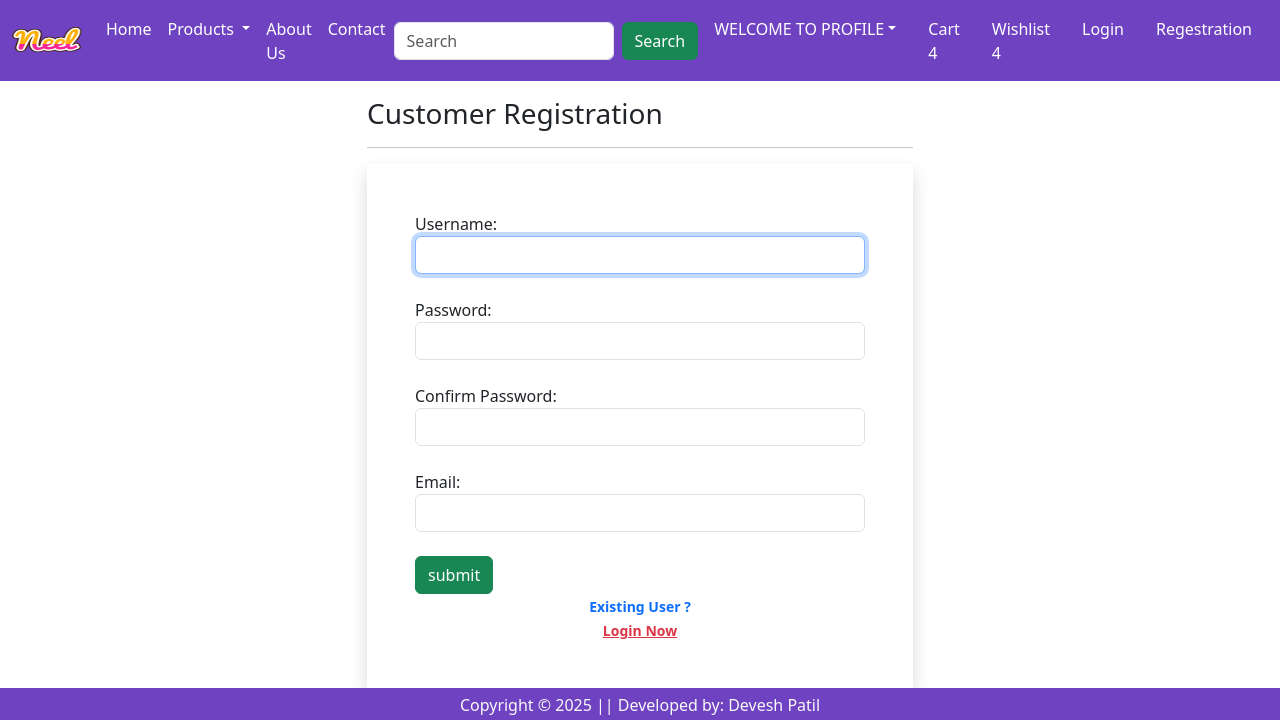
Repository: DeveshPatill/mydjango
Page: http://localhost/registration/
The author's editor kept a copy of each file at every save. The page is drawn from the files as they stood at one save, then again after the next save.
The browser window is 1280 px wide. The pictures show the whole page.
The page is served by the project's application, run on Django 5.2 (ec/manage.py). Other server files are loaded and not shown.

Above is the page before, as saved 2025-03-23 23:08:33.

### ec/app/templates/app/customerregistration.html
{% extends 'app/base.html' %}
{% load static %}
{% block title %}Customer Registration{% endblock title %}



{% block main-content %}
<div class="container">
    <div class="row my-3">
        <div class="col-sm-6 offset-sm-3">
            <h3>Customer Registration</h3>
            <hr>
            <form action="" method="post" novalidate class="shadow p-5">{% csrf_token %}
               {% for fm in form %}
               {{fm.label_tag}} {{fm}} <small class="text-danger">{{fm.erros | striptags}}</small>
               <br>
               {% endfor %}
               <input type="submit" value="submit" class="btn btn-success"><br>
               <div class="text-center text-primary fw-bold">
                <small>Existing User ? <br><a href="#" class="text-danger">Login Now</a></small>

               </div>
            </form>
        </div>
    </div>
</div>

{% endblock main-content %}

### ec/app/templates/app/base.html
<!DOCTYPE html>
{% load static %}
<html lang="en">
<head>
    <meta charset="UTF-8">
    <meta http-equiv="X-UA-Compatible" content="IE=edge">
    <meta name="viewport" content="width=device-width, initial-scale=1.0">

    <link href="https://cdn.jsdelivr.net/npm/bootstrap@5.3.3/dist/css/bootstrap.min.css" rel="stylesheet" integrity="sha384-QWTKZyjpPEjISv5WaRU9OFeRpok6YctnYmDr5pNlyT2bRjXh0JMhjY6hW+ALEwIH" crossorigin="anonymous">

    <link rel="stylesheet" href="{% static 'app/css/owl.carousel.min.css' %}" />
    <link rel="stylesheet" href="{% static 'app/css/all.min.css' %}" />
    <link rel="stylesheet" href="{% static 'app/css/style.css' %}" />

    <title> Dairy Products | {% block title %} {% endblock title %} </title>
</head>
<body>
    <nav class="navbar navbar-expand-lg navbar-dark" style="background-color: #6f42c1;">
        <div class="container-fluid">
          <a class="navbar-brand" href="/">
            <img src="{% static 'app/images/product/Neel.png' %}" width="70px" height="55px" />
          </a>
          <button class="navbar-toggler" type="button" data-bs-toggle="collapse" data-bs-target="#navbarSupportedContent" aria-controls="navbarSupportedContent" aria-expanded="false" aria-label="Toggle navigation">
            <span class="navbar-toggler-icon"></span>
          </button>
          <div class="collapse navbar-collapse" id="navbarSupportedContent">
            <ul class="navbar-nav me-auto mb-2 mb-lg-0">
              <li class="nav-item">
                <a class="nav-link active" aria-current="page" href="/">Home</a>
              </li>
              <li class="nav-item dropdown">
                <a class="nav-link dropdown-toggle text-white" href="#" role="button" data-bs-toggle="dropdown" aria-expanded="false">
                  Products
                </a>
                <ul class="dropdown-menu">
                  <li><a class="dropdown-item" href="{% url 'category' 'ML' %}">Milk</a></li>
                  <li><a class="dropdown-item" href="{% url 'category' 'CR' %}">Curd</a></li>
                  <li><a class="dropdown-item" href="{% url 'category' 'MS' %}">MilkShake</a></li>
                  <li><a class="dropdown-item" href="{% url 'category' 'LS' %}">Lassi</a></li>
                  <li><a class="dropdown-item" href="{% url 'category' 'GH' %}">Ghee</a></li>
                  <li><a class="dropdown-item" href="{% url 'category' 'PN' %}">Paneer</a></li>
                  <li><a class="dropdown-item" href="{% url 'category' 'CZ' %}">Cheese</a></li>
                  <li><a class="dropdown-item" href="{% url 'category' 'IC' %}">Ice-Cream</a></li>

                </ul>
              </li>
              <li class="nav-item">
                <a class="nav-link text-white" href="{% url 'about'  %}">About Us</a>
              </li>
              <li class="nav-item">
                <a class="nav-link text-white" href="{% url 'contact'  %}">Contact</a>
              </li>

            </ul>
            <form class="d-flex" role="search">
              <input class="form-control me-2" type="search" placeholder="Search" aria-label="Search">
              <button class="btn btn-success" type="submit">Search</button>
            </form>
          </div>
          <ul class="navbar-nav me-auto mb-2 mb-lg-0">
            <li class="nav-item dropdown mx-2">
                <a class="nav-link dropdown-toggle text-white" href="#" id="profileDropdown" role="button" data-bs-toggle="dropdown" aria-expanded="false">WELCOME TO PROFILE</a>
                <ul class="dropdown-menu" aria-labelledby="profileDropdown">
                    <li><a class="dropdown-item" href="#">Profile</a></li>
                    <li><a class="dropdown-item" href="#">Orders</a></li>
                    <li><a class="dropdown-item" href="#">Change Password</a></li>
                    <li><a class="dropdown-item" href="#">Logout</a></li>
                </ul>
            </li>
            <li class="nav-item mx-2">
                <a href="#" class="nav-link text-white">Cart 4</a>
            </li>
            <li class="nav-item mx-2">
                <a href="#" class="nav-link text-white">Wishlist 4</a>
            </li>
            <li class="nav-item mx-2">
                <a href="#" class="nav-link text-white">Login</a>
            </li>
            <li class="nav-item mx-2">
                <a href="{% url 'customerregistration' %}" class="nav-link text-white">Regestration</a>
            </li>

          </ul>
        </div>
      </nav>
      {% block banner-slider %}{% endblock banner-slider %}

      {% block information %}{% endblock information %}

      {% block main-content %}{% endblock main-content %}

    <footer class="text-center text-light py-3 fixed-bottom" style="background-color: #6f42c1; height: 5px; line-height: 2px;">
        Copyright © 2025 || Developed by: Devesh Patil
    </footer>






    <script src="https://cdn.jsdelivr.net/npm/@popperjs/core@2.11.8/dist/umd/popper.min.js" integrity="sha384-I7E8VVD/ismYTF4hNIPjVp/Zjvgyol6VFvRkX/vR+Vc4jQkC+hVqc2pM8ODewa9r" crossorigin="anonymous"></script>
    <script src="https://cdn.jsdelivr.net/npm/bootstrap@5.3.3/dist/js/bootstrap.min.js" integrity="sha384-0pUGZvbkm6XF6gxjEnlmuGrJXVbNuzT9qBBavbLwCsOGabYfZo0T0to5eqruptLy" crossorigin="anonymous"></script>

    <script src=https://cdnjs.cloudflare.com/ajax/libs/jquery/3.7.1/jquery.min.js></script>


    <script script="{% static 'app/js/owl.carousel.min.js' %}"></script>
    <script script="{% static 'app/js/all.min.js' %}"></script>
    <script script="{% static 'app/js/myscript.js' %}"></script>

</body>
</html>

### ec/app/forms.py
from django import forms
from django.contrib.auth.forms import UserCreationForm


class CustomerRegistrationForm(UserCreationForm):
    username=forms.CharField(widget=forms.TextInput(attrs={'autofocus':True,'class':"form-control"}))
    email=forms.CharField(widget=forms.EmailInput(attrs={'class':'form-control'}))
    password1=forms.CharField(label='Password',widget=forms.PasswordInput(attrs={'class':'form-control'}))
    password2=forms.CharField(label='Confirm Password',widget=forms.PasswordInput(attrs={'class':'form-control'}))

### ec/app/views.py
from django.shortcuts import render
from django.http import HttpResponse
from django.views import View
from urllib import request
from . models import Product
from django.db.models import Count
from . forms import CustomerRegistrationForm

# Create your views here.
def home(request):
    return render(request,"app/home.html")

def about(request):
    return render(request,"app/about.html")

def contact(request):
    return render(request,"app/contact.html")


class CategoryView(View):
    def get(self,request,val):
        product = Product.objects.filter(category=val)
        title=Product.objects.filter(category=val).values('title')
        return render(request,"app/category.html",locals())

class CategoryTitle(View):
    def get(self,request,val):
        product = Product.objects.filter(title=val)
        title = Product.objects.filter(category=product[0].category).values('title')
        return render(request,"app/category.html",locals())


class ProductDetail(View):
    def get(self,request,pk):
        product = Product.objects.get(pk=pk)
        return render(request,"app/productdetail.html",locals())


class CustomerRegistrationView(View):
    def get(self,request):
        form = CustomerRegistrationForm()
        return render(request,'app/customerregistration.html',locals())

### ec/ec/urls.py
"""
URL configuration for ec project.

The `urlpatterns` list routes URLs to views. For more information please see:
    https://docs.djangoproject.com/en/5.1/topics/http/urls/
Examples:
Function views
    1. Add an import:  from my_app import views
    2. Add a URL to urlpatterns:  path('', views.home, name='home')
Class-based views
    1. Add an import:  from other_app.views import Home
    2. Add a URL to urlpatterns:  path('', Home.as_view(), name='home')
Including another URLconf
    1. Import the include() function: from django.urls import include, path
    2. Add a URL to urlpatterns:  path('blog/', include('blog.urls'))
"""

from django.contrib import admin
from django.urls import path,include

urlpatterns = [
    path("admin/", admin.site.urls),
    path("", include("app.urls")),

]

### ec/app/urls.py
from django.urls import path
from .import views
from django.conf import settings
from django.conf.urls.static import static

urlpatterns = [
    path("",views.home),
    path("about/",views.about,name="about"),
    path("contact/",views.contact,name="contact"),
    path("category/<slug:val>",views.CategoryView.as_view(),name="category"),
    path("category-title/<val>",views.CategoryTitle.as_view(),name='category-title'),
    path("product-detail/<int:pk>",views.ProductDetail.as_view(),name="product-detail"),

    #login authentication
    path('registration/',views.CustomerRegistrationView.as_view(),name='customerregistration')
]+static(settings.MEDIA_URL,document_root=settings.MEDIA_ROOT)

### ec/app/static/app/css/style.css
.owl-carousel .item{
 /* border: 1px solid black; */
 font-size: 24px;
 text-align: center;
 margin-top: 20px;
 transition: transform .5s ease;
}

 .owl-carousel .item:hover{
    /* border: 1px solid black; */
    transform : scale(1.1);
}

/* .owl-carousel img{
    transition: transform .5s ease;
  }
 .owl-carousel img:hover{

    transform : scale(1.25);
} */

.owl-next{
 float:right;
}
.owl-prev{
 float:left;
}
.owl-prev span{
 font-size: 24px;
 font-weight: bold;
}
.owl-next span{
 font-size: 24px;
 font-weight: bold;
}




.buttermilk{
    background-color:#fff;background-image:linear-gradient(#fff7ef, #fff);
    background-image:-webkit-linear-gradient(#fff7ef, #fff);
    background-image:-moz-linear-gradient(#fff7ef, #fff);
    background-image:-ms-linear-gradient(#fff7ef, #fff);
    background-image:-o-linear-gradient(#fff7ef, #fff);
    padding:50px 40px;
    border:1px solid #efe8e1;
    padding-bottom:20px;
}

.smbg{
    background-color:#fff;
    background-image:linear-gradient(rgba(110, 69, 143, 0.1), #fff);
    background-image:-webkit-linear-gradient(rgba(110, 69, 143, 0.1), #fff);
    background-image:-moz-linear-gradient(rgba(110, 69, 143, 0.1), #fff);
    background-image:-ms-linear-gradient(rgba(110, 69, 143, 0.1), #fff);
    background-image:-o-linear-gradient(rgba(110, 69, 143, 0.1), #fff);
}

.curdbgpro{
    background-color:#fff;
    background-image:linear-gradient(rgba(10, 77, 123, 0.1), #fff);
    background-image:-webkit-linear-gradient(rgba(10, 77, 123, 0.1), #fff);
    background-image:-moz-linear-gradient(rgba(10, 77, 123, 0.1), #fff);
    background-image:-ms-linear-gradient(rgba(10, 77, 123, 0.1), #fff);
    background-image:-o-linear-gradient(rgba(10, 77, 123, 0.1), #fff);
}

.goodnessseccont img{
    width:100%;
}

.mlkpro{
    color:#636362;
    font-size:22px;
    line-height:22px;
    margin-bottom:15px;
    width:43%;
    margin:0 auto;
    text-align:center;

}

.goodnesssec a{
    text-decoration: none;
}


/*
body {
    padding-bottom: 80px; /* Adjust this value based on footer height
}*/

Loaded but not shown: ec/app/static/app/css/owl.carousel.min.css (library); ec/app/static/app/css/all.min.css (library)

After the next save:
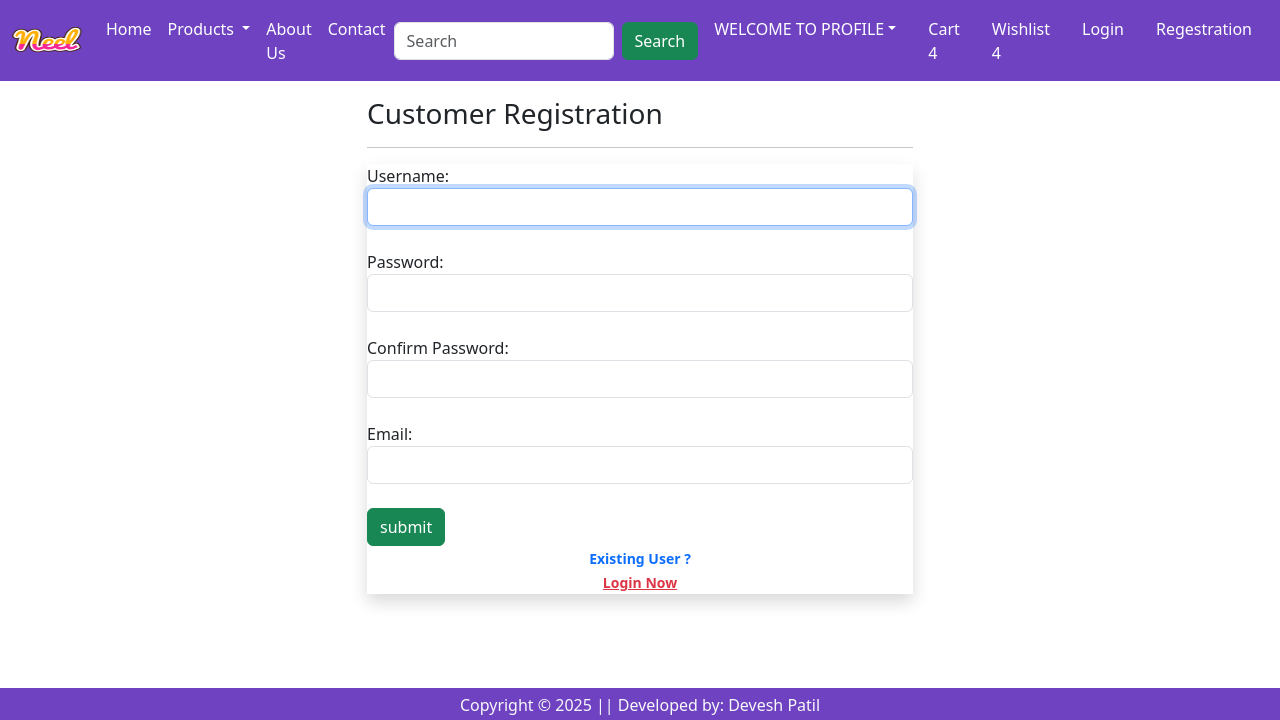
Saved 13 min 15 s later.
--- a/ec/app/templates/app/customerregistration.html
+++ b/ec/app/templates/app/customerregistration.html
@@ -10,7 +10,7 @@
         <div class="col-sm-6 offset-sm-3">
             <h3>Customer Registration</h3>
             <hr>
-            <form action="" method="post" novalidate class="shadow p-5">{% csrf_token %}
+            <form action="" method="post" novalidate class="shadow p-100">{% csrf_token %}
                {% for fm in form %}
                {{fm.label_tag}} {{fm}} <small class="text-danger">{{fm.erros | striptags}}</small>
                <br>

After the 2 saves that followed:
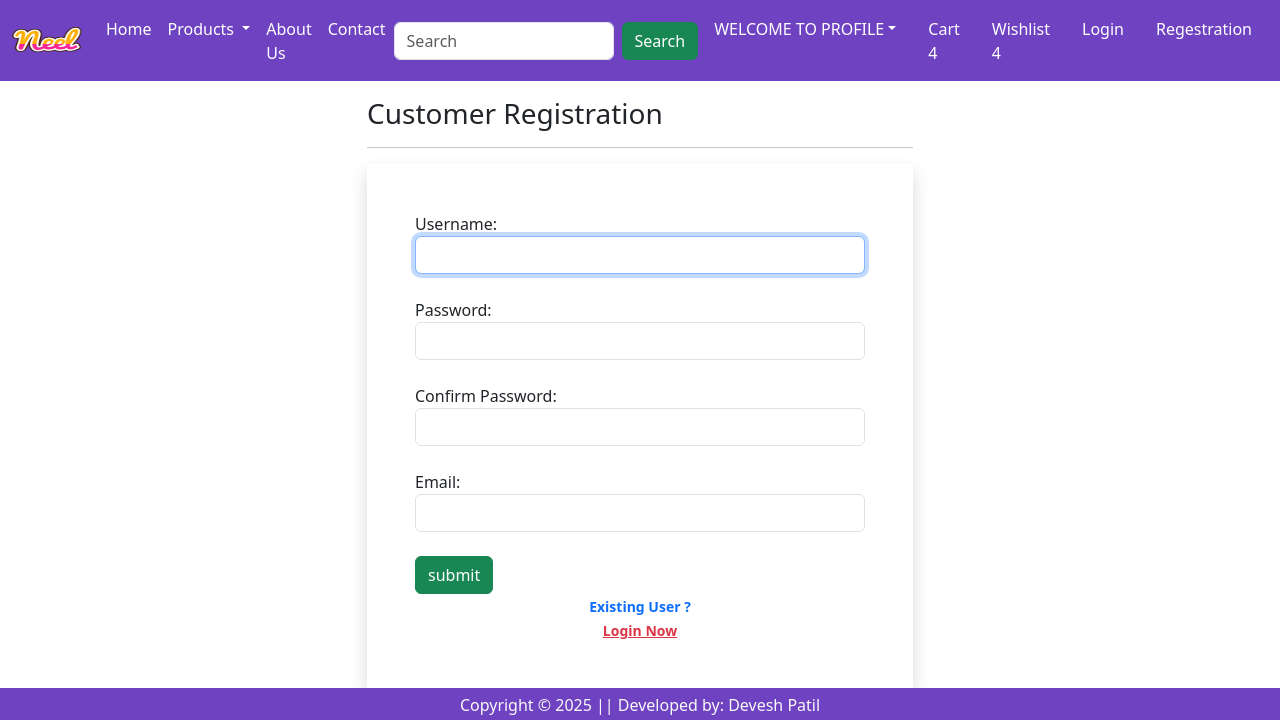
The 2 saves are shown as one change because 1 left the picture as it was.
The last was saved 43 s later.
--- a/ec/app/templates/app/customerregistration.html
+++ b/ec/app/templates/app/customerregistration.html
@@ -10,7 +10,7 @@
         <div class="col-sm-6 offset-sm-3">
             <h3>Customer Registration</h3>
             <hr>
-            <form action="" method="post" novalidate class="shadow p-100">{% csrf_token %}
+            <form action="" method="post" novalidate class="shadow p-5">{% csrf_token %}
                {% for fm in form %}
                {{fm.label_tag}} {{fm}} <small class="text-danger">{{fm.erros | striptags}}</small>
                <br>
